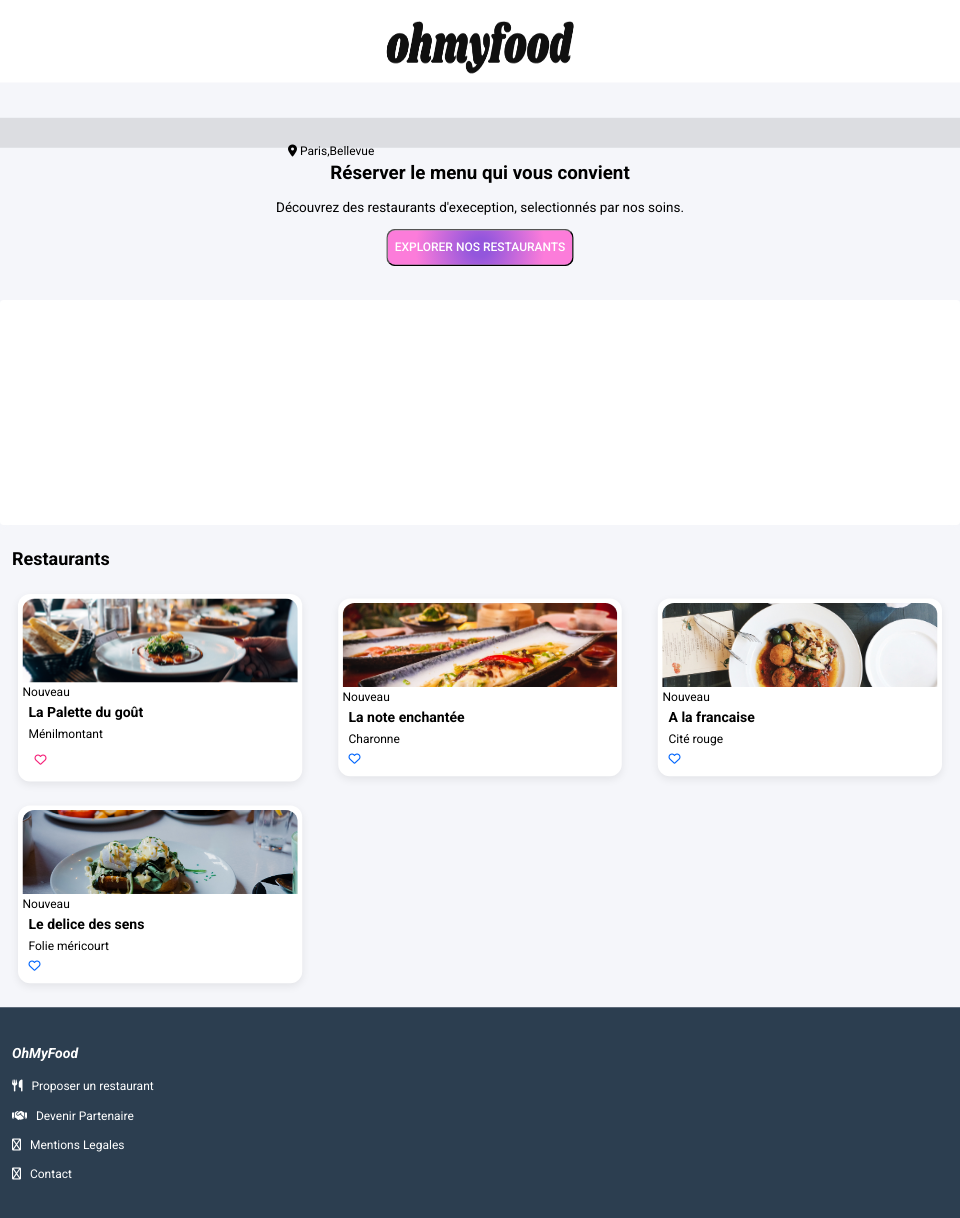
Repository: ultraasedev/ohmyfood
Page: index.html
An editor plug-in stored every save of this project. The page is shown before and after the next save, followed by the edit.
The browser window is 1280 px wide. The pictures show the whole page, at 75% of full size.
Some web fonts or font styles are not loaded; a fallback is used. Some web libraries are served in a nearby version.

Above is the page before, as saved 2022-10-27 18:19:17.

### index.html
<!doctype html>
<html lang="fr">
    <head>
        <meta charset="UTF-8">
        <meta name="viewport" content="width=device-width,minimum-scale=1,initial-scale=1,maximum-scale=2">

      <title>Ohmyfood!  - Home</title>
       <meta name="description" content="Ohmyfood! est une entreprise de commande de repas en ligne. Notre concept permet aux
       utilisateurs de composer leur propre menu et réduire leur temps d’attente dans les
       restaurants car leur menu est préparé à l’avance. Plus de perte de temps à consulter la carte"/>
       <meta property="og:site_name" content="Ohmyfood!  - est une entreprise de commande de repas en ligne. Notre concept permet aux
       utilisateurs de composer leur propre menu et réduire leur temps d’attente dans les
       restaurants car leur menu est préparé à l’avance. Plus de perte de temps à consulter la carte" />
       <meta property="og:description" content="est une entreprise de commande de repas en ligne. Notre concept permet aux
       utilisateurs de composer leur propre menu et réduire leur temps d’attente dans les
       restaurants car leur menu est préparé à l’avance. Plus de perte de temps à consulter la carte" />




       <link type="text/css" rel="stylesheet" href="css/normalize.css"/>
       <link type="text/css" rel="stylesheet" href="css/all.min.css"/>
       <link type="text/css" rel="stylesheet" href="css/fontawesome.min.css"/>
       <link rel="preconnect" href="https://fonts.googleapis.com">
        <link rel="preconnect" href="https://fonts.gstatic.com" crossorigin>
       <link href="https://fonts.googleapis.com/css2?family=Roboto:ital,wght@0,100;0,300;0,400;0,500;0,700;0,900;1,100;1,300;1,400;1,500;1,700;1,900&family=Shrikhand&display=swap" rel="stylesheet">
       <script   src="https://kit.fontawesome.com/f132f25ed3.js" crossorigin="anonymous"></script>

       <link type="text/css" rel="stylesheet" href="css/style.css" />



       </head>

       <body>
<!--Nav + Logo-->
   <div class="nav">
    <div class="logo">
      <img src="images/logo/ohmyfood.png" alt="Ohmyfood !" class="logo"/>
    </div>
   </div>


<!--Header-->
<header>
  <!--Location-->
 <div class="location">
  <div class="villeloca"><p><i class="fa-sharp fa-solid fa-location-dot"></i> Paris,Bellevue</p></div>
</div>

  <div class="head-cont">
    <h2>Réserver le menu qui vous convient</h2>
    <p>Découvrez des restaurants d'exeception, selectionnés par nos soins.</p>

    <button class="btn-nav">
      Explorer nos restaurants
    </button>
  </div>
</header>

<!--Fonctionnement-->
<section class="cont-fonc">


</section>
<!--Fonctionnement-->

<!--Restau 1-->
<section class="cont-art">
  <h2>Restaurants</h2>

  <!-- Card 1 -->
              <article class="resto-card">
                <a href="#">
                  <img
                    src="./images/restaurants/jay-wennington-N_Y88TWmGwA-unsplash.jpg"
                    alt="Photo de l'hébergement"
                  />
                  <div class="new">Nouveau</div>
                  <h3>La Palette du goût</h3>
                  <p>Ménilmontant</p>
                  <div class="stars">
                    <i class="fa-regular fa-heart active"></i>
                  </div>
                </a>
              </article>


               <!-- Card 2 -->
               <article class="resto-card">
                <a href="#">
                  <img
                    src="./images/restaurants/louis-hansel-shotsoflouis-qNBGVyOCY8Q-unsplash.jpg"
                    alt="Photo de l'hébergement"
                  />
                  <div class="new">Nouveau</div>
                  <h3>La note enchantée</h3>
                  <p>Charonne</p>
                  <div class="stars">
                    <i class="fa-regular fa-heart"></i>

                  </div>
                </a>
              </article>

               <!-- Card 3 -->
               <article class="resto-card">
                <a href="#">
                  <img
                    src="./images/restaurants/stil-u2Lp8tXIcjw-unsplash.jpg"
                    alt="Photo de l'hébergement"
                  />
                  <div class="new">Nouveau</div>
                  <h3>A la francaise</h3>
                  <p>Cité rouge</p>
                  <div class="stars">
                    <i class="fa-regular fa-heart"></i>
                  </div>
                </a>
              </article>

               <!-- Card 4 -->
               <article class="resto-card">
                <a href="#">
                  <img
                    src="./images/restaurants/toa-heftiba-DQKerTsQwi0-unsplash.jpg"
                    alt="Photo de l'hébergement"
                  />
                  <div class="new">Nouveau</div>
                  <h3>Le delice des sens</h3>
                  <p>Folie méricourt</p>
                  <div class="stars">
                    <i class="fa-regular fa-heart"></i>
                  </div>
                </a>
              </article>




</section>

<!--FOOTER-->
<footer>
  <div class="container-footer">
    <div class="card-footer">
      <h3 style="font-family: 'Roboto';font-weight: 700;font-style: italic;">OhMyFood</h3>
      <!--<img src="images/logo/ohmyfood.png" alt="Ohmyfood !" height="20px" width="80px" style="margin-bottom: 10px;"/>-->
      <a href="#"><i class="fa-solid fa-utensils"></i>&nbsp;&nbsp;&nbsp;Proposer un restaurant</a>
      <a href="#"><i class="fa-solid fa-handshake"></i>&nbsp;&nbsp;&nbsp;Devenir Partenaire</a>
      <a href="#"><i class="fa-regular fa-circle-info"></i>&nbsp;&nbsp;&nbsp;Mentions Legales</a>
      <a href="#"><i class="fa-regular fa-phone"></i>&nbsp;&nbsp;&nbsp;Contact</a>

    </div>

</footer>

### css/style.css
*{
    box-sizing: border-box;
    font-family: var(--fontall);
    max-width: 1380px;

}
:root{

  /*Font*/
  --fontall: 'Roboto', sans-serif;
  --fontlg: 'Shrikhand' , cursive;

  /*color*/
  --primary: #9356DC;
  --secon: #FF79DA;
  --tert: #99E2D0;

  --greybg: #f5f6fa;

}


body{
    background-color:  var(--greybg);
    font-family: var(--fontall);
}

/* Nav*/
.nav{
  display: flex;
  height: 130px;
  width: 100%;
  background-color: #fff;
  align-items: center;
  align-content: center;
  text-align: center;
  margin-bottom: 10px;
}
/*Logo*/
.logo{
  position: relative;
  align-items: center;
  align-content: center;
  text-align: center;
  margin-right: auto;
  margin-left: auto;
}
.logo img{
  height: 70px;
  width: 250px;
}
/*Header*/
header{
  position: absolute;
  height: 300px;
  width: 100%;
  background-color: #f5f6fa;
  align-items: center;
  align-content: center;
  text-align: center;
  margin-top: -30px;
}
/*Location*/
.location{
  position: flex;
  background-color: #dcdde1;
  height: 40px;
  margin-top: -8px;
  align-items: center;
  align-content: center;
  text-align: center;
}
.location .villeloca{
  position: absolute;
  align-items: center;
  align-content: center;
  text-align: center;
  left: 30%;
}

/*Head-Cont*/

.head-cont h2{
  font-size: 25px;
  font-weight: bold;

}
.head-cont p{
  font-size: 18px;
  font-weight: 400;

}
/*Btn-nav*/
.btn-nav{
  align-items: center;
  align-content: center;
  text-transform: uppercase;
  transition: 0.5s;
  background: rgb(147,86,220);
  background: radial-gradient(circle, rgba(147,86,220,1) 10%, rgba(252,124,218,1) 69%);
  z-index: -1;
  transition: transform 400ms ease-in;
  color: #fff;
  width: 250px;
  height: 50px;
  overflow: hidden;
  text-decoration: none;
  border-radius: 12px;
 font-weight: 500;

}
/*Fonctionnement*/
.cont-fonc{
  position: relative;
  background-color: #fff;
  height: 300px;
  margin-top: 270px;
  border-radius: 5px;
}


/* Content Article */
.cont-art{
  background-color: #f5f6fa;
  padding: 32px 16px;
  border-radius: 16px;
  display: grid;
  grid-template-columns: repeat(3, 1fr);
  gap: 32px;
  left: 10px;
}
.cont-art h2 {
  grid-column: 1/-1;
  margin: 0;
}
.cont-art .resto-card{
  background: white;
  padding: 6px;
  border-radius: 16px;
  margin: auto;
  box-shadow: rgba(0, 0, 0, 0.08) 0px 4px 12px;
  transition: 0.2s;
  width: calc(100% - 16px);
}
.cont-art .resto-card img {
  width: 255px;
  border-radius: 16px 16px 0 0;
  height: 112px;
  object-fit: cover;
  width: 100%;
}
.cont-art .resto-card a {
  text-decoration: none;
  color: inherit;
}

.cont-art .resto-card h3 {
  margin: 8px 8px 8px;
}

.cont-art .resto-card p {
  margin: 8px 8px 8px;
}

.cont-art .resto-card .stars {
  margin: 8px 8px 8px;
  color: #0065fc;
}
.cont-art .resto-card .stars .active{
  margin: 8px 8px 8px;
  color: #f52179;
}

/*FOOTER*/
footer {
  background-color: #2c3e50;
  padding: 32px 16px;
  color: #fff;
}
.container-footer {
  display: flex;
  max-width: 1330px;
  margin: auto;
  font-family: "Raleway", sans-serif;
  gap: 16px;
}
.card-footer {
  display: flex;
  flex-direction: column;
  min-width: 30%;
}

.card-footer a {
  margin-top: 5px;
  margin-bottom: 16px;
  text-decoration: none;
  color: inherit;
}

.card-footer a:hover {
  text-decoration: underline !important;
}

Loaded but not shown: css/normalize.css (library); css/all.min.css (library); css/fontawesome.min.css (library)

After the next save:
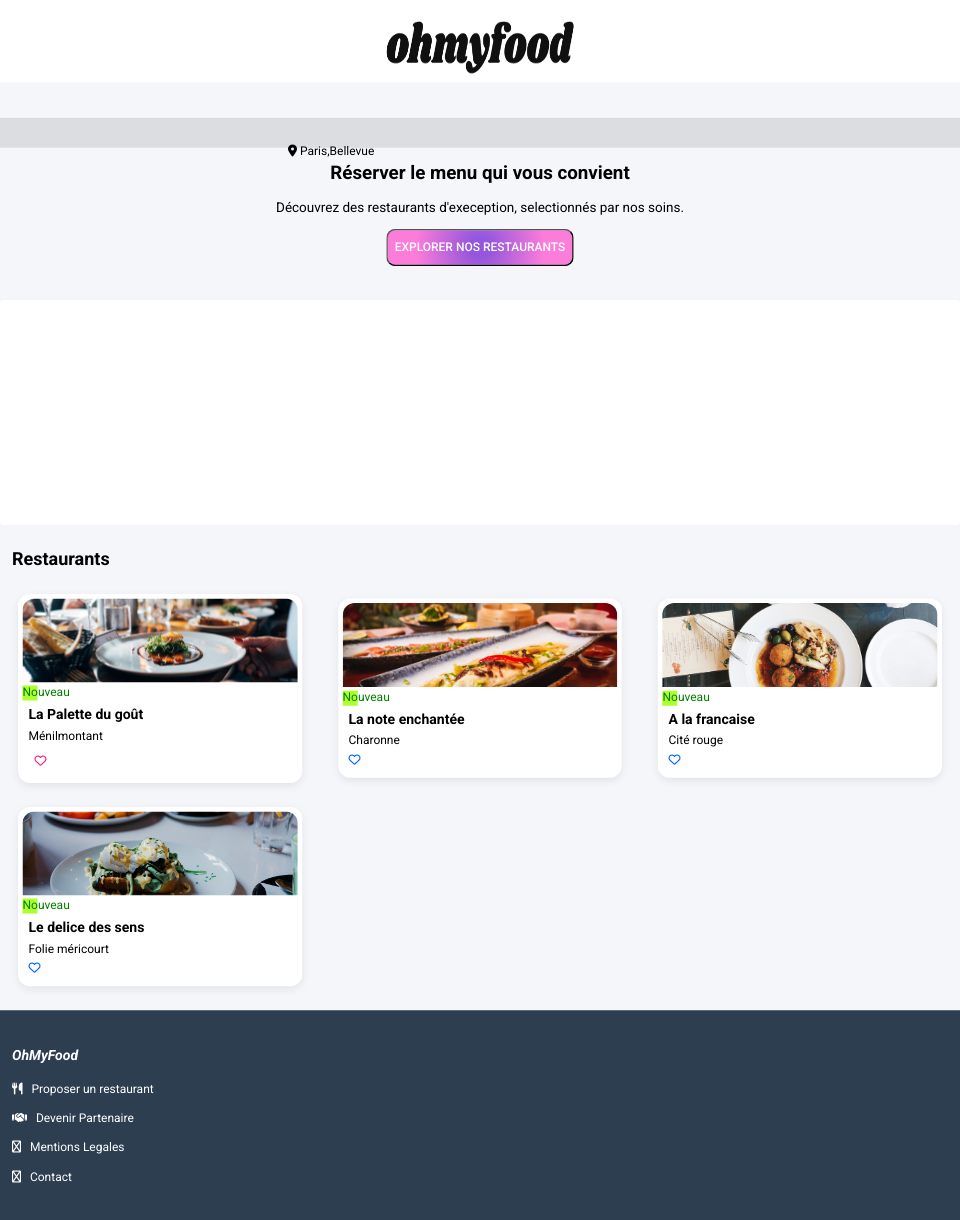
Saved 2 min 51 s later.
--- a/css/style.css
+++ b/css/style.css
@@ -142,6 +142,12 @@ header{
   transition: 0.2s;
   width: calc(100% - 16px);
 }
+.cont-art .resto-card .new{
+  background-color: greenyellow;
+  color: green;
+  height: 20px;
+  width: 20px;
+}
 .cont-art .resto-card img {
   width: 255px;
   border-radius: 16px 16px 0 0;
